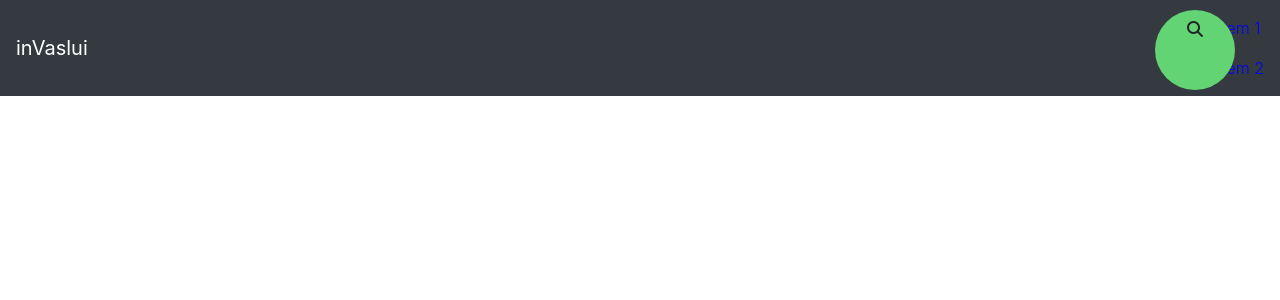
Repository: nicolasolo/in-vaslui
Page: index.html
These files come from the project's save history. The page is drawn as it stood at one moment and after a run of saves; the edit follows.
The browser window is 1280 px wide. The pictures show the whole page.
Some web libraries are served in a nearby version.

Above is the page before, as saved 2020-03-29 21:12:43.

After the next 2 saves:
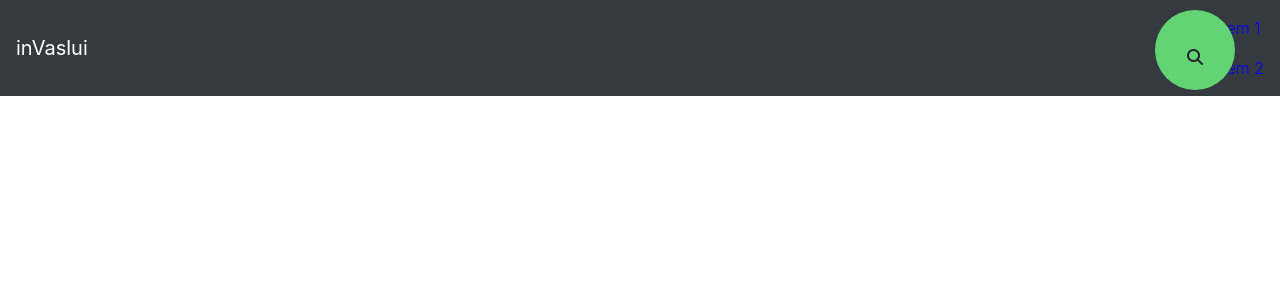
The 2 saves are shown as one change because they came seconds apart.
The last was saved 8 s later.
--- a/css/vaslui.css
+++ b/css/vaslui.css
@@ -50,7 +50,8 @@ a.navbar-brand{
     top: 10px;
     cursor: pointer;
     text-align: center;
-    line-height: ;
+    line-height: 80px;
+
 }
 ul.navbar-nav{
     color: black;
